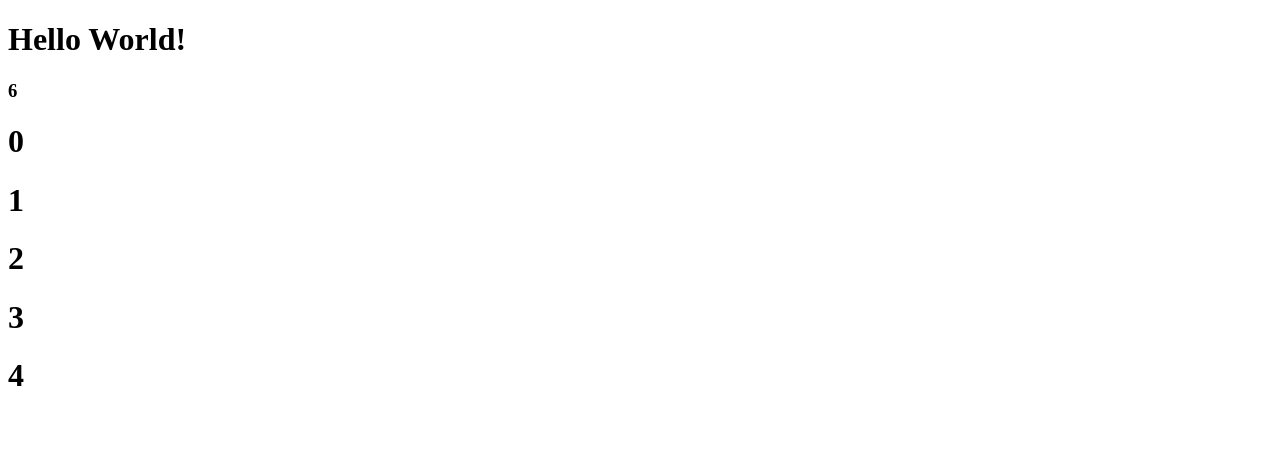
Repository: ACow3/java
Page: http://localhost/HelloWorld/demo.jsp
These files come from the project's save history. The page is drawn as it stood at one moment and after the next save; the edit follows.
The browser window is 1280 px wide. The pictures show the whole page.
The page is served by Tomcat 9. Other server files are loaded and not shown.

Above is the page before, as saved 2019-08-09 00:23:53.

### javaOOP/HelloWorld/WebContent/demo.jsp
<%@ page language="java" contentType="text/html; charset=UTF-8"
    pageEncoding="UTF-8"%>
<!DOCTYPE html>
<html>
<head>
<meta charset="UTF-8">
<title>Demo JSP</title>
</head>
<body>
	<h1>Hello World!</h1>
	<%!
	public int add(int a, int b) {
		return a + b;
	}
	%>

	<%
	int i = 2;
	int j = 4;
	%>

	<h3><%= add(i, j) %></h3>
	<% for(int index = 0; index < 5; index++) { %>
		<h1><%= index %></h1>
	<% } %>

</body>
</html>

After the next save:
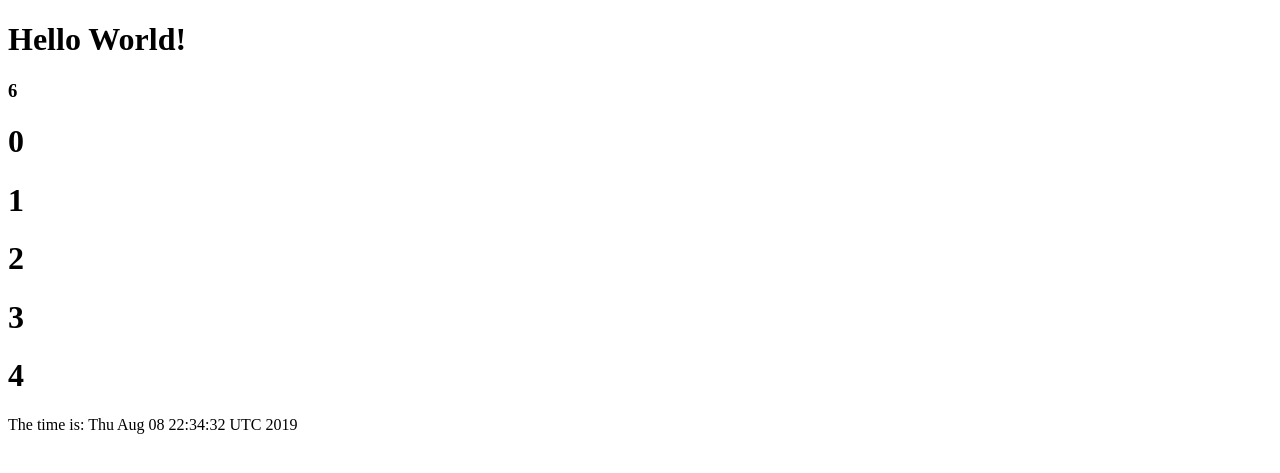
Saved 116 s later.
--- a/javaOOP/HelloWorld/WebContent/demo.jsp
+++ b/javaOOP/HelloWorld/WebContent/demo.jsp
@@ -1,5 +1,5 @@
 <%@ page language="java" contentType="text/html; charset=UTF-8"
-    pageEncoding="UTF-8"%>
+    pageEncoding="UTF-8" import="java.util.Date" %>
 <!DOCTYPE html>
 <html>
 <head>
@@ -24,5 +24,7 @@
 		<h1><%= index %></h1>
 	<% } %>
 
+	<p>The time is: <%= new Date() %></p>
+
 </body>
 </html>
